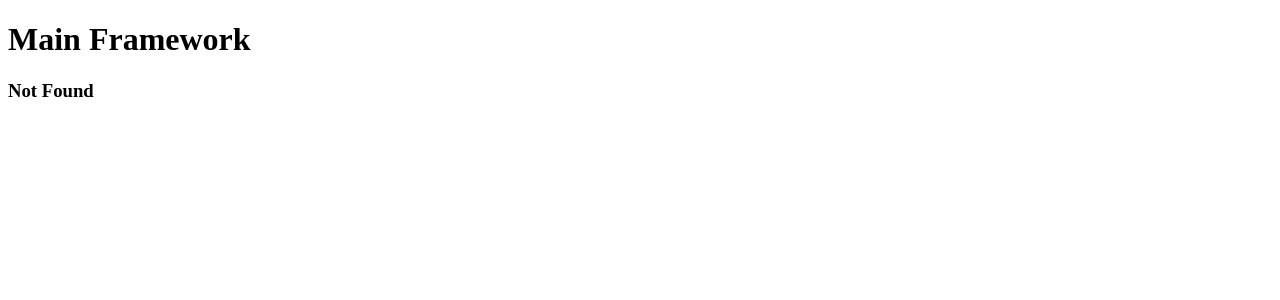
Repository: GregorPiev/angularjs-add-book
Page: index.html
An editor plug-in stored every save of this project. The page is shown before and after the next save, followed by the edit.
The browser window is 1280 px wide. The pictures show the whole page.

Above is the page before, as saved 2020-09-23 12:52:44.

### index.html
<!DOCTYPE html>
<html lang="en" ng-app="addBook">
	<head>
		<meta charset="UTF-8" />
		<meta name="viewport" content="width=device-width, initial-scale=1.0" />
		<title>Add Book - Test AngularJS</title>
		<base href="/" />
		<link href="node_modules/bootstrap/dist/css/bootstrap.min.css" />
	</head>
	<body>
		<main></main>
		<script src="node_modules/angular/angular.min.js"></script>
		<script src="node_modules/angular-route/angular-route.min.js"></script>
		<script src="node_modules/angular-resource/angular-resource.min.js"></script>

		<script src="app/app.module.js"></script>
		<script src="app/app.config.js"></script>

		<script src="app/main/main.module.js"></script>
		<script src="app/main/main.component.js"></script>
		<script src="app/main/component/main.controller.js"></script>

		<script src="app/genre/genre.module.js"></script>
		<script src="app/genre/genre.component.js"></script>
		<script src="app/genre/component/genre.controller.js"></script>
	</body>
</html>

### app/app.module.js
'use strict'
angular.module('addBook', [
    'ngRoute',
    'ngResource',

    'main',
    'genre'
]);

### app/app.config.js
'use strict'
angular.module('addBook')
    .config(function (
        $locationProvider,
        $routeProvider
    ) {
        $locationProvider.html5Mode({ enabled: true });
        $routeProvider
            .when('/', {
                template: 'subgenre'
            })
            .when('/subgenre/:id', {
                template: 'subgenre'
            })
            .when('/add-subgenre', {
                template: 'add-subgenre'
            })
            .when('/add-book', {
                template: 'add_book'
            })
            .otherwise({
                template: '<h3>Not Found</h3>'
            })
    });

### app/main/main.module.js
'use strict'
angular.module('main', []);

### app/main/main.component.js
angular.module('main')
    .component('main', {
        templateUrl: '/app/main/component/main.template.html',
        controller: 'mainController',
        controllerAs: 'Main'
    })

### app/main/component/main.controller.js
'use strict'
angular.module('main')
    .controller('mainController', function ($scope) {
        $scope.title = 'Main Framework'
    })

### app/genre/genre.module.js
'use strict'
angular.module('genre', []);

### app/genre/genre.component.js
angular.module('genre')
    .component('genreComponent', {
        templateUrl: '/app/genre/component/genre.template.html',
        controller: 'genreController',
        controllerAs: 'Genre'
    })

### app/genre/component/genre.controller.js
angular.module('genre')
    .controller('genreController', function ($scope) {
        $scope.title = 'Genre';
    })

### app/main/component/main.template.html
<h1>{{ title }}</h1>
<div ng-view></div>

Loaded but not shown: node_modules/angular/angular.min.js (library); node_modules/angular-route/angular-route.min.js (library); node_modules/angular-resource/angular-resource.min.js (library)

After the next save:
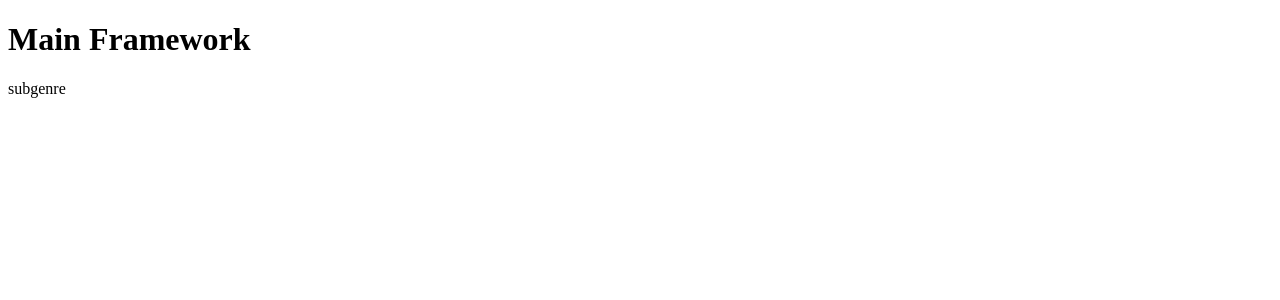
Saved 26 s later.
--- a/app/app.config.js
+++ b/app/app.config.js
@@ -6,7 +6,7 @@
     ) {
         $locationProvider.html5Mode({ enabled: true });
         $routeProvider
-            .when('/', {
+            .when('/:id', {
                 template: 'subgenre'
             })
             .when('/subgenre/:id', {

After the save that followed:
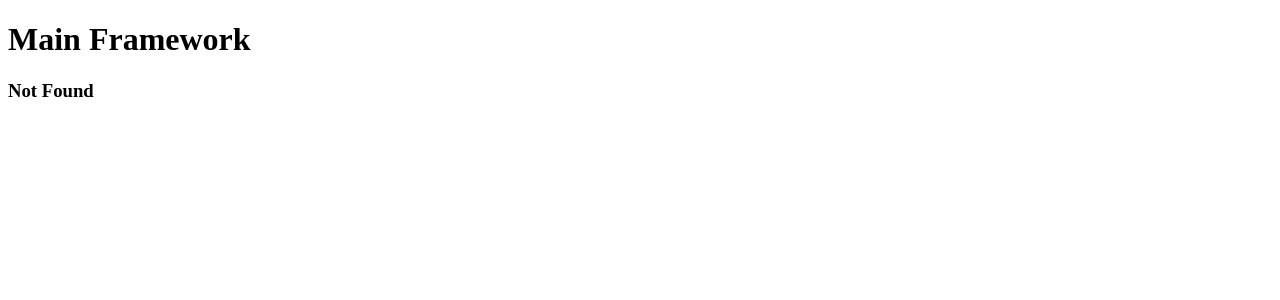
Saved 24 s later.
--- a/app/app.config.js
+++ b/app/app.config.js
@@ -6,8 +6,8 @@
     ) {
         $locationProvider.html5Mode({ enabled: true });
         $routeProvider
-            .when('/:id', {
-                template: 'subgenre'
+            .when('/', {
+                template: 'genre'
             })
             .when('/subgenre/:id', {
                 template: 'subgenre'
